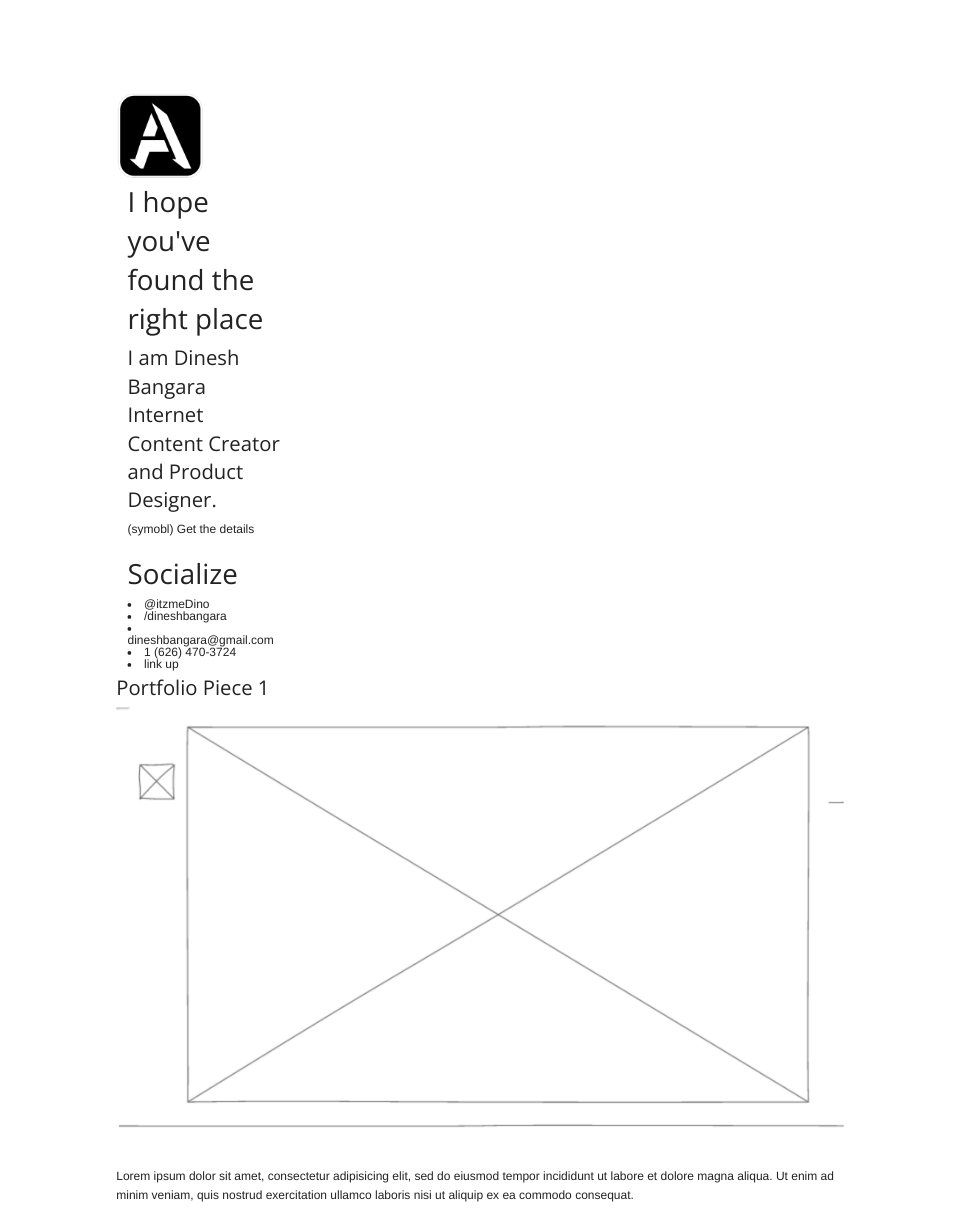
Repository: dineshb/HTML5_Portfolio
Page: Basic/index.html
These files come from the project's save history. The page is drawn as it stood at one moment and after the next save; the edit follows.
The browser window is 1280 px wide. The pictures show the whole page, at 75% of full size.

Above is the page before, as saved 2013-11-22 05:03:47.
Console error (its wording comes from the project's code and is left out).

### Basic/index.html
<!DOCTYPE html>
<!--[if IE 8]> 				 <html class="no-js lt-ie9" lang="en" > <![endif]-->
<!--[if gt IE 8]><!--> <html class="no-js" lang="en" > <!--<![endif]-->
<link rel="shortcut icon" href="favicon.ico" type="image/x-icon" />
<head>
	<meta charset="utf-8">
  <meta name="viewport" content="width=device-width">
  <title>Dinesh Bangara - Content Producer and Designer</title>
  <link rel="stylesheet" href="css/foundation.css">
  <link rel="stylesheet" href="css/foundation.min.css">
  <link rel="stylesheet" href="css/main.css">
  <link rel="stylesheet" href="css/normalize.css">
  <script src="js/vendor/custom.modernizr.js"></script>
  <script src="/js/vendor/jquery.js"></script>
<script src="/js/foundation/foundation.min.js"></script>
<script>
  $(document).foundation();
</script>
</head>
<body>
<nav style="visibility: hidden;">
	<ul>
	<li>
		<a href="#about" id "about_icon" class>
		<span class="icon-about"></span></a>
	</li>
	<li><a href="#top" id "top_icon" class>
		<span class="icon-top"></span></a>
	</li>
	<li><a href="#up" id "up_icon" class>
		<span class="icon-up"></span></a>
	</li>
	<li><a href="#down" id "down_icon" class>
		<span class="icon-down"></span></a>
	</li>
	</ul>
</nav>
<div class="About Dropdown">
	<div class="row">
		<div class="large-6 columns">
<div class="close-reveal-modal">
			<strong class="show-for-medium-up">
			<img class="logo" src="img/About192.png"/>
			</strong>
			<strong class="show-for-small-only">
			<img class="logo" src="img/About96.png"/>
			</strong>
			</div>

			<div class="large-6 columns">
			<h2>I hope you've found the right place</h2>
			<h3>I am Dinesh Bangara Internet Content Creator and Product Designer.</h3>
			<p>(symobl) Get the details</p>
			<h2>Socialize</h2>
			<li>@itzmeDino</li>
			<li>/dineshbangara</li>
			<li>dineshbangara@gmail.com</li>
			<li>1  (626) 470-3724</li>
			<li> link up</li>
			</div>
			</div>
	</div>
</div>




	<div class="row">
		<div class="large-12 columns">
			<h3>Portfolio Piece 1</h3>
		</div>
	</div>
	<div class="row">
		<div class="large-12 columns">
			<img src="img/peace.png" title="Portfolio 1 Test">
			<p> Lorem ipsum dolor sit amet, consectetur adipisicing elit, sed do eiusmod tempor incididunt ut labore et dolore magna aliqua. Ut enim ad minim veniam, quis nostrud exercitation ullamco laboris nisi ut aliquip ex ea commodo consequat. </p>
		</div>
	</div>





  <script>
  document.write('<script src=' +
  ('__proto__' in {} ? 'js/vendor/zepto' : 'js/vendor/jquery') +
  '.js><\/script>')
  </script>

  <script src="js/foundation.min.js"></script>
  <!--

  <script src="js/foundation/foundation.js"></script>

  <script src="js/foundation/foundation.alerts.js"></script>

  <script src="js/foundation/foundation.clearing.js"></script>

  <script src="js/foundation/foundation.cookie.js"></script>

  <script src="js/foundation/foundation.dropdown.js"></script>

  <script src="js/foundation/foundation.forms.js"></script>

  <script src="js/foundation/foundation.joyride.js"></script>

  <script src="js/foundation/foundation.magellan.js"></script>

  <script src="js/foundation/foundation.orbit.js"></script>

  <script src="js/foundation/foundation.reveal.js"></script>

  <script src="js/foundation/foundation.section.js"></script>

  <script src="js/foundation/foundation.tooltips.js"></script>

  <script src="js/foundation/foundation.topbar.js"></script>

  <script src="js/foundation/foundation.interchange.js"></script>

  <script src="js/foundation/foundation.placeholder.js"></script>

  <script src="js/foundation/foundation.abide.js"></script>

  -->
  <script>
    $(document).foundation();
  </script>
</body>
</html>

### Basic/css/main.css
/*! HTML5 Boilerplate v4.3.0 | MIT License | http://h5bp.com/ */

/*
 * What follows is the result of much research on cross-browser styling.
 * Credit left inline and big thanks to Nicolas Gallagher, Jonathan Neal,
 * Kroc Camen, and the H5BP dev community and team.
 */

/* ==========================================================================
   Base styles: opinionated defaults
   ========================================================================== */

html,
button,
input,
select,
textarea {
    color: #222;
}

html {
    font-size: 1em;
    line-height: 1.4;
}

/*
 * Remove text-shadow in selection highlight: h5bp.com/i
 * These selection rule sets have to be separate.
 * Customize the background color to match your design.
 */

::-moz-selection {
    background: #b3d4fc;
    text-shadow: none;
}

::selection {
    background: #b3d4fc;
    text-shadow: none;
}

/*
 * A better looking default horizontal rule
 */

hr {
    display: block;
    height: 1px;
    border: 0;
    border-top: 1px solid #ccc;
    margin: 1em 0;
    padding: 0;
}

/*
 * Remove the gap between images, videos, audio and canvas and the bottom of
 * their containers: h5bp.com/i/440
 */

audio,
canvas,
img,
svg,
video {
    vertical-align: middle;
}

/*
 * Remove default fieldset styles.
 */

fieldset {
    border: 0;
    margin: 0;
    padding: 0;
}

/*
 * Allow only vertical resizing of textareas.
 */

textarea {
    resize: vertical;
}

/* ==========================================================================
   Browse Happy prompt
   ========================================================================== */

.browsehappy {
    margin: 0.2em 0;
    background: #ccc;
    color: #000;
    padding: 0.2em 0;
}

/* ==========================================================================
   Author's custom styles
   ========================================================================== */

img.logo {


  	width:25%;

}














/* ==========================================================================
   Helper classes
   ========================================================================== */

/*
 * Hide from both screenreaders and browsers: h5bp.com/u
 */

.hidden {
    display: none !important;
    visibility: hidden;
}

/*
 * Hide only visually, but have it available for screenreaders: h5bp.com/v
 */

.visuallyhidden {
    border: 0;
    clip: rect(0 0 0 0);
    height: 1px;
    margin: -1px;
    overflow: hidden;
    padding: 0;
    position: absolute;
    width: 1px;
}

/*
 * Extends the .visuallyhidden class to allow the element to be focusable
 * when navigated to via the keyboard: h5bp.com/p
 */

.visuallyhidden.focusable:active,
.visuallyhidden.focusable:focus {
    clip: auto;
    height: auto;
    margin: 0;
    overflow: visible;
    position: static;
    width: auto;
}

/*
 * Hide visually and from screenreaders, but maintain layout
 */

.invisible {
    visibility: hidden;
}

/*
 * Clearfix: contain floats
 *
 * For modern browsers
 * 1. The space content is one way to avoid an Opera bug when the
 *    `contenteditable` attribute is included anywhere else in the document.
 *    Otherwise it causes space to appear at the top and bottom of elements
 *    that receive the `clearfix` class.
 * 2. The use of `table` rather than `block` is only necessary if using
 *    `:before` to contain the top-margins of child elements.
 */

.clearfix:before,
.clearfix:after {
    content: " "; /* 1 */
    display: table; /* 2 */
}

.clearfix:after {
    clear: both;
}

/* ==========================================================================
   EXAMPLE Media Queries for Responsive Design.
   These examples override the primary ('mobile first') styles.
   Modify as content requires.
   ========================================================================== */

@media only screen and (min-width: 35em) {
    /* Style adjustments for viewports that meet the condition */
}

@media print,
       (-o-min-device-pixel-ratio: 5/4),
       (-webkit-min-device-pixel-ratio: 1.25),
       (min-resolution: 120dpi) {
    /* Style adjustments for high resolution devices */
}

/* ==========================================================================
   Print styles.
   Inlined to avoid required HTTP connection: h5bp.com/r
   ========================================================================== */

@media print {
    * {
        background: transparent !important;
        color: #000 !important; /* Black prints faster: h5bp.com/s */
        box-shadow: none !important;
        text-shadow: none !important;
    }

    a,
    a:visited {
        text-decoration: underline;
    }

    a[href]:after {
        content: " (" attr(href) ")";
    }

    abbr[title]:after {
        content: " (" attr(title) ")";
    }

    /*
     * Don't show links for images, or javascript/internal links
     */

    a[href^="javascript:"]:after,
    a[href^="#"]:after {
        content: "";
    }

    pre,
    blockquote {
        border: 1px solid #999;
        page-break-inside: avoid;
    }

    thead {
        display: table-header-group; /* h5bp.com/t */
    }

    tr,
    img {
        page-break-inside: avoid;
    }

    img {
        max-width: 100% !important;
    }

    @page {
        margin: 0.5cm;
    }

    p,
    h2,
    h3 {
        orphans: 3;
        widows: 3;
    }

    h2,
    h3 {
        page-break-after: avoid;
    }
}

Loaded but not shown: Basic/css/foundation.min.css (library); Basic/css/normalize.css (library); Basic/js/vendor/custom.modernizr.js (library); Basic/js/vendor/jquery.js (library); Basic/js/foundation.min.js (library); Basic/js/vendor/zepto.js (library); Basic/css/foundation.css (5317 lines, source omitted)

After the next save:
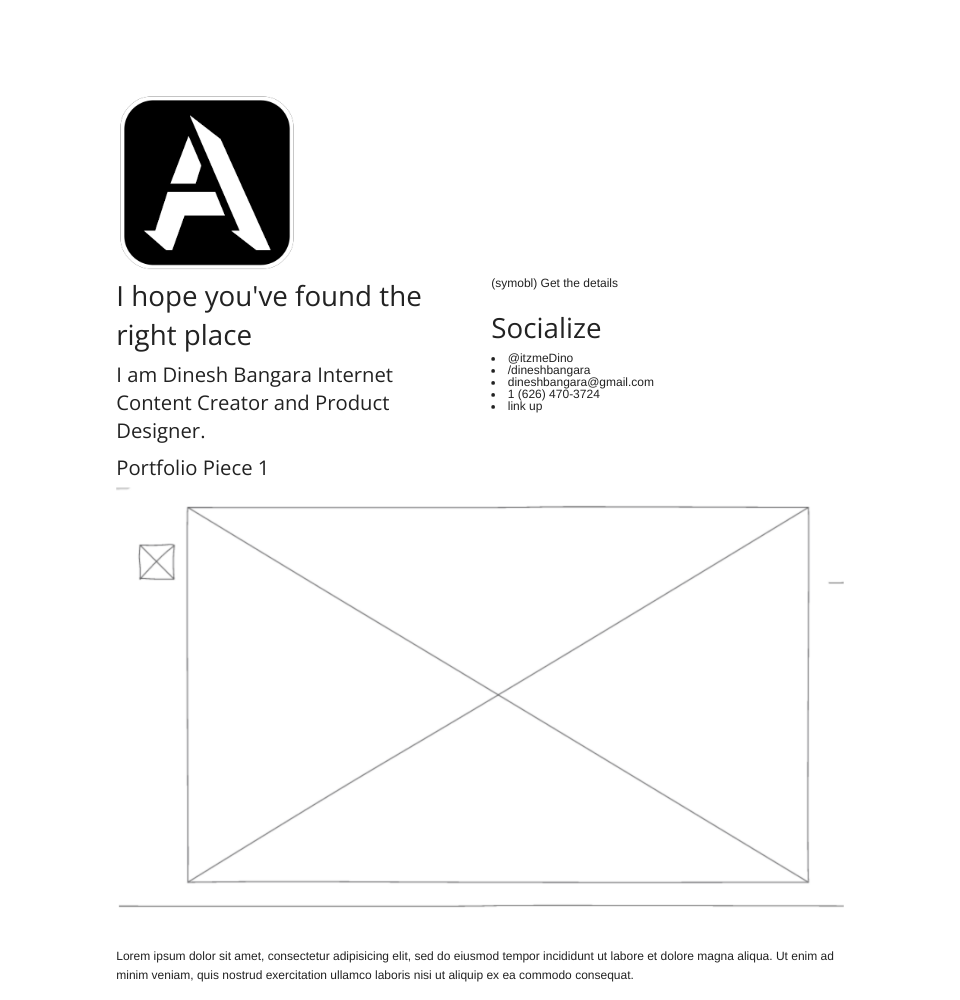
Saved 87 s later.
--- a/Basic/index.html
+++ b/Basic/index.html
@@ -37,8 +37,7 @@
 </nav>
 <div class="About Dropdown">
 	<div class="row">
-		<div class="large-6 columns">
-<div class="close-reveal-modal">
+		<div class="large-12 columns">
 			<strong class="show-for-medium-up">
 			<img class="logo" src="img/About192.png"/>
 			</strong>
@@ -50,6 +49,9 @@
 			<div class="large-6 columns">
 			<h2>I hope you've found the right place</h2>
 			<h3>I am Dinesh Bangara Internet Content Creator and Product Designer.</h3>
+			</div>
+
+			<div class="large-6 columns">
 			<p>(symobl) Get the details</p>
 			<h2>Socialize</h2>
 			<li>@itzmeDino</li>
@@ -57,8 +59,6 @@
 			<li>dineshbangara@gmail.com</li>
 			<li>1  (626) 470-3724</li>
 			<li> link up</li>
-			</div>
-			</div>
 	</div>
 </div>
 
